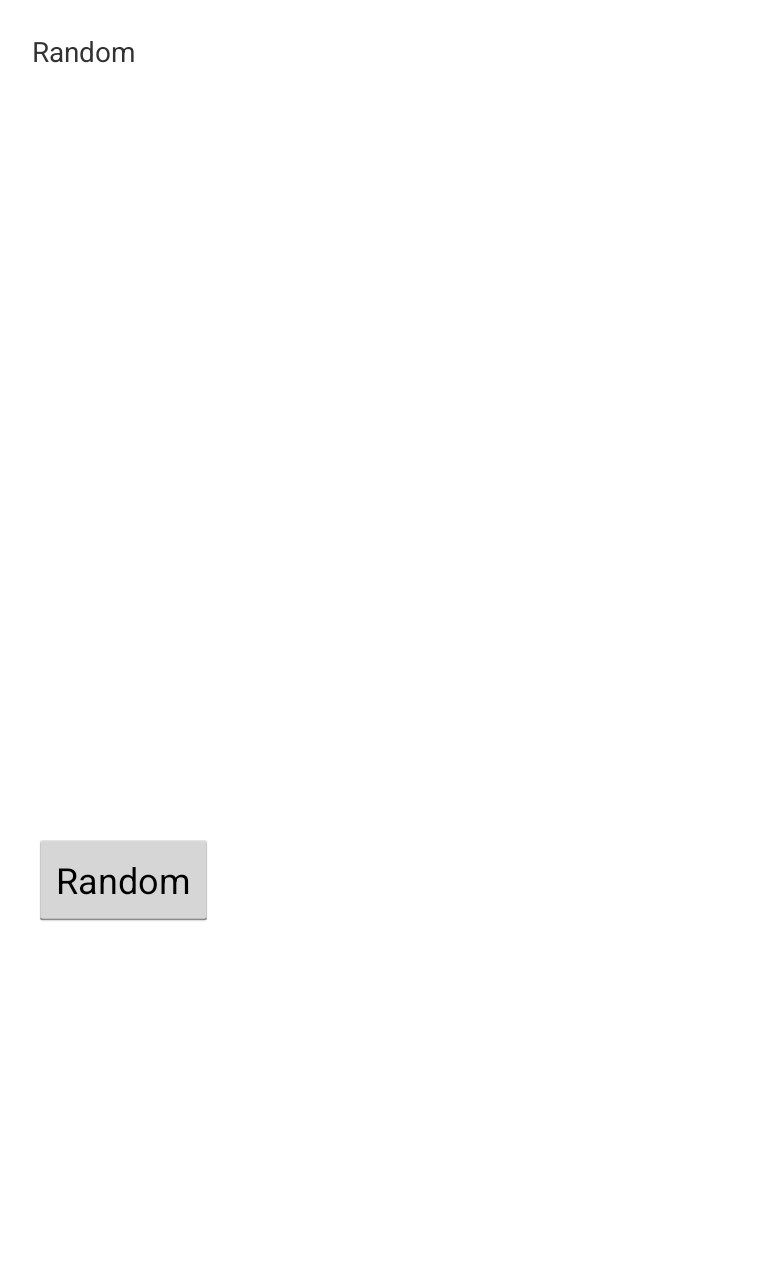
Repository: ek222mw/IDV436_API_Komponent
Layout: Labb1/res/layout/activity_main.xml
An editor plug-in stored every save of this project. The layout is shown before and after the next save, followed by the edit.
It is drawn on a 768 x 1280 px phone screen (xhdpi) without system bars, with theme AppTheme; the app's code is not run.

Above is the layout before, as saved 2014-11-14 09:36:41.

### Labb1/res/layout/activity_main.xml
<RelativeLayout xmlns:android="http://schemas.android.com/apk/res/android"
    xmlns:tools="http://schemas.android.com/tools"
    android:layout_width="match_parent"
    android:layout_height="match_parent"
    android:paddingBottom="@dimen/activity_vertical_margin"
    android:paddingLeft="@dimen/activity_horizontal_margin"
    android:paddingRight="@dimen/activity_horizontal_margin"
    android:paddingTop="@dimen/activity_vertical_margin"
    tools:context="com.example.labb1.MainActivity" >

    <Button
        android:id="@+id/button_send"
        android:layout_width="wrap_content"
        android:layout_height="wrap_content"
        android:text="@string/random"
        android:layout_marginTop="400dp"
        />

    <TextView

        android:layout_width="wrap_content"
        android:layout_height="wrap_content"
        android:text="@string/random"

         />


    <TextView
        android:id="@+id/randomInt"
        android:layout_width="wrap_content"
        android:layout_height="wrap_content"
        android:text="@string/randomInt"

         />


</RelativeLayout>

### Labb1/res/values/strings.xml
<?xml version="1.0" encoding="utf-8"?>
<resources>

    <string name="app_name">Labb1</string>
    <string name="hello_world">Hello world!</string>
    <string name="action_settings">Settings</string>
    <string name="random">Random</string>
    <string name="randomInt"></string>

</resources>

Loaded but not shown: Labb1/res/values/styles.xml (common file); Labb1/res/values-v11/styles.xml (common file); Labb1/res/values-v14/styles.xml (common file); Labb1/res/values/dimens.xml (common file); Labb1/res/values-w820dp/dimens.xml (common file)

After the next save:
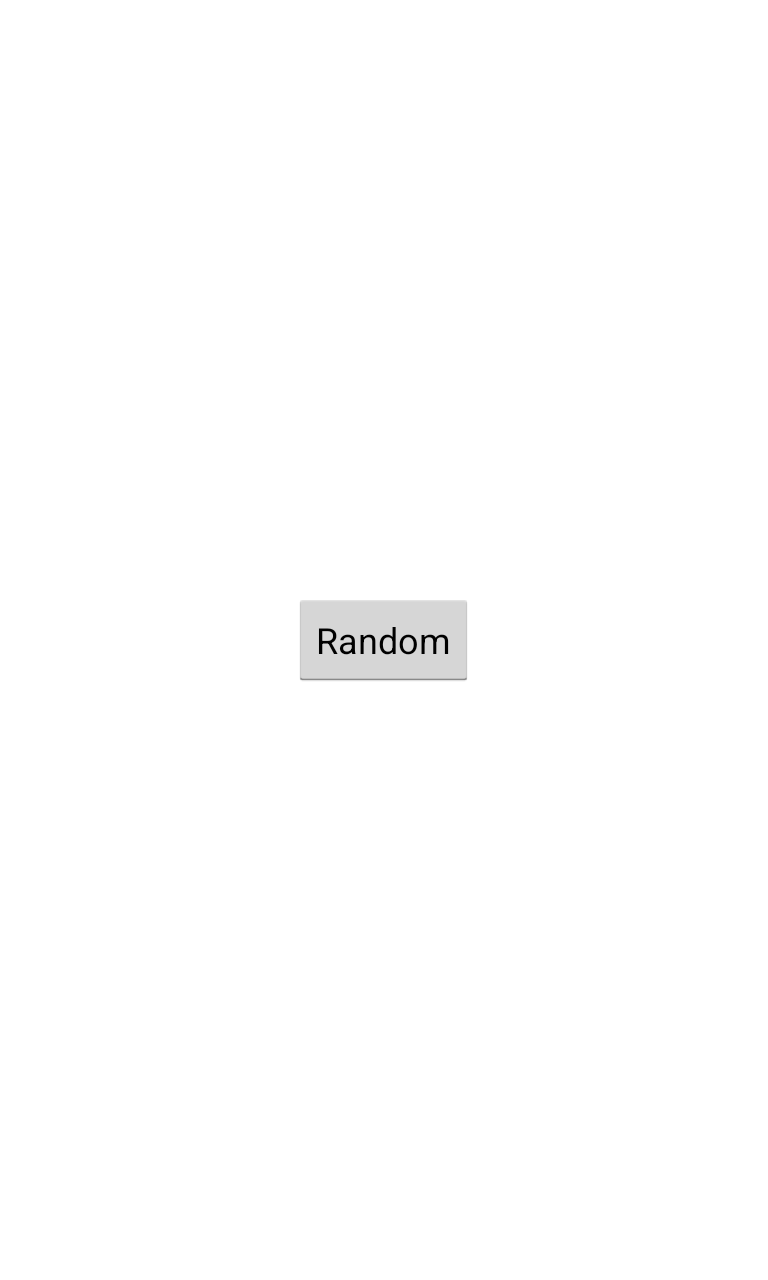
Saved 4 min 6 s later.
--- a/Labb1/res/layout/activity_main.xml
+++ b/Labb1/res/layout/activity_main.xml
@@ -13,16 +13,10 @@
         android:layout_width="wrap_content"
         android:layout_height="wrap_content"
         android:text="@string/random"
-        android:layout_marginTop="400dp"
+        android:layout_marginTop="150dp"
+        android:layout_centerHorizontal="true"
+        android:layout_centerVertical="true"
         />
-
-    <TextView
-
-        android:layout_width="wrap_content"
-        android:layout_height="wrap_content"
-        android:text="@string/random"
-
-         />
 
 
     <TextView
